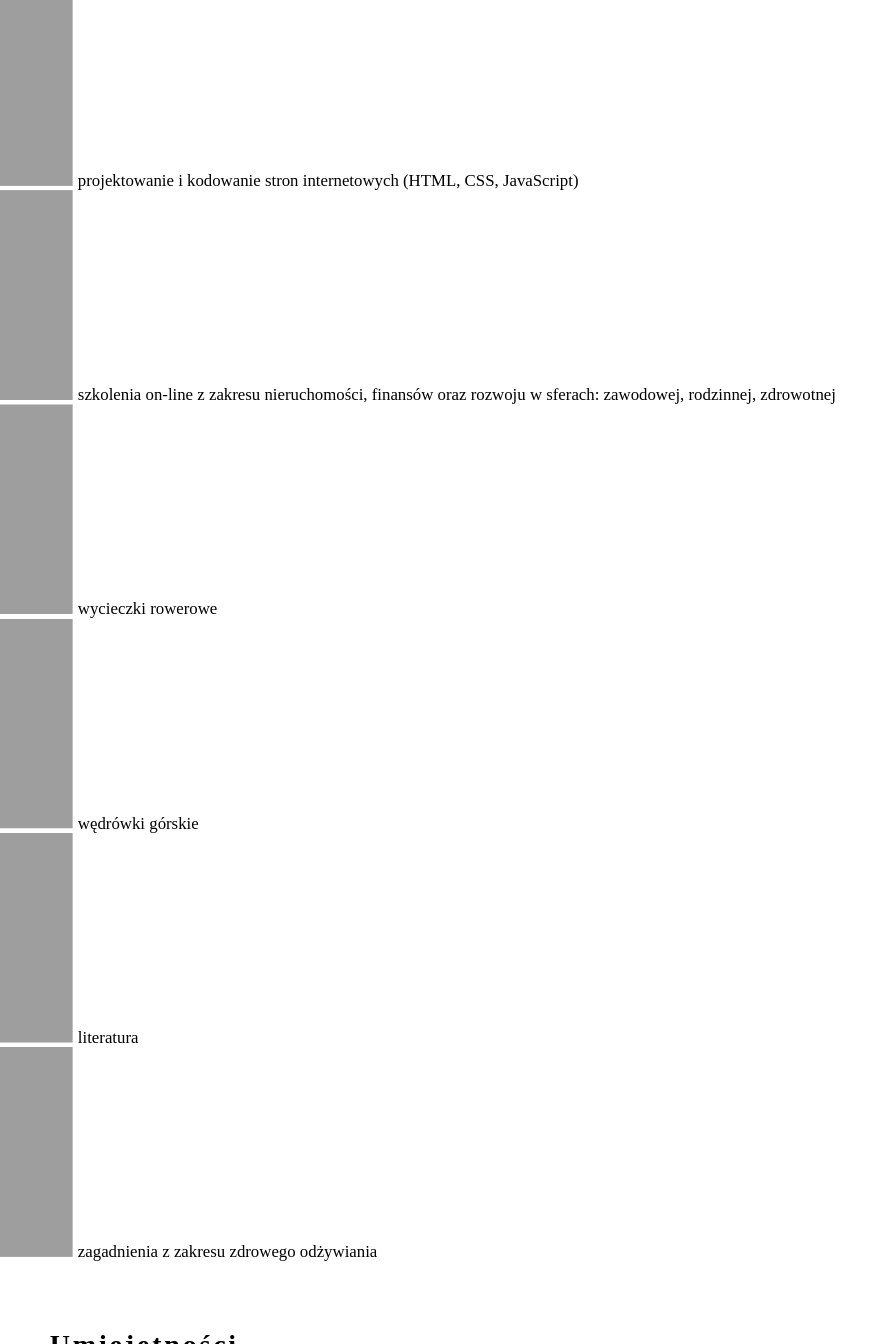
Repository: MagJaw/portfolio
Page: portfolio.html
The author's editor kept a copy of each file at every save. The page is drawn from the files as they stood at one save, then again after the next save.
The browser window is 1280 px wide. The pictures show the part of the page from y = 1361 to 3281 px (the page is 6946 px tall before and 6916 px after), at 70% of full size.
A picture or video elsewhere on the page could not be fetched, so the positions and the page height are approximate.

Above is the page before, as saved 2018-11-21 05:39:55.

### portfolio.html
<!DOCTYPE html>
<html lang="pl">
<head>
    <meta charset="UTF-8">
    <meta name="viewport" content="width=device-width, initial-scale=1.0">
    <meta http-equiv="X-UA-Compatible" content="ie=edge">
    <meta name="author" content="Magdalena Skopczyńska"/>
    <meta name="description" content="Portfolio - o mnie, zainteresowania, umiejętności, projekty">
    <link rel="stylesheet" href="main.css">
    <title>Portfolio</title>
</head>
<body>
    <div class="wrapper">
        <div id="section1"></div>
        <nav role="navigation" class="menu__container">
            <ul class="menu">
                <li class="menu__section">
                    <a href="#section1">Home</a>
                </li>
                <li class="menu__section">
                    <a href="#section2">O mnie</a>
                </li>
                <li class="menu__section">
                    <a href="#section3">Zainteresowania</a>
                </li>
                <li class="menu__section">
                    <a href="#section4">Umiejętności</a>
                </li>
                <li class="menu__section">
                    <a href="#section5">Projekty</a>
                </li>
            </ul>
        </nav>
        <main class="main">
            <div class="motto__container">
                <blockquote class="motto"><b>The best view comes after the hardest climb</b></blockquote>
            </div>
            <div id="section2">
                <h1 class="header__section">O mnie</h1>
                <div class="section2__img">
                    <img src="portret.jpg" class="my__photo">
                </div>
                <p class="history"> Nazywam się Magdalena Skopczyńska. Jestem absolwentką Wydziału Przedsiębiorczości i Towaroznastwa na Akademii Morskiej w Gdyni (obecnie Uniwersytet Morski) na kierunku Zarządzanie i Marketing. Od kilkunastu lat pracuję w dziale handlowym jednej z trójmiejskich firm deweloperskich. W poszukiwaniu nowych wyzwań i pasji zainteresowałam się tematyką projektowania i kodowania stron internetowych. Obecnie zgłębiam tajniki programowania na kursie Junior Front-End Developer prowadzonym przez <a target="_blank" href="https://infoshareacademy.com/" class="link"><b>infoShare Academy</b>.</a></p>
            </div>
            <div id="section3">
                <h1 class="header__section">Zainteresowania</h1>
                <ul>
                    <li class="item">projektowanie i kodowanie stron internetowych (HTML, CSS, JavaScript)</li>
                    <li class="item">szkolenia on-line z zakresu nieruchomości, finansów oraz rozwoju w sferach: zawodowej, rodzinnej, zdrowotnej</li>
                    <li class="item">wycieczki rowerowe</li>
                    <li class="item">wędrówki górskie</li>
                    <li class="item">literatura</li>
                    <li class="item">zagadnienia z zakresu zdrowego odżywiania</li>
                </ul>
            </div>
            <div id="section4">
                <h1 class="header__section">Umiejętności</h1>
                <ul>
                    <li class="item">analityczne myślenie</li>
                    <li class="item">wysokie poczucie odpowiedzialności za powierzone zadania</li>
                    <li class="item">umiejętność pracy w zespole</li>
                    <li class="item">znajomość technik sprzedażowych</li>
                    <li class="item">bardzo dobra znajomość języka angielskiego</li>
                    <li class="item">znajomość narzędzi pakietu Office</li>
                    <li class="item">podstawowa znajomość HTML, CSS, JavaScript</li>
                </ul>
            </div>
            <div id="section5">
                <h1 class="header__section">Projekty</h1>
                <ul>
                    <li class="item">portfolio</li>
                    <li class="item">projekty stworzone w trakcie kursu Junior Front-End Developer <a target="_blank" href="https://github.com/MagJaw" class="link">(<b>GitHub</b>)</a></li>
                </ul>
            </div>
        </main>
        <footer class="footer">
            <p class="footer__text">Autor: Magdalena Skopczyńska</p>
            <p class="footer__text">email: magdaskopczynska@example.com</p>
            <a target="_blank" href="https://github.com/MagJaw" class="footer__icon">
                <img src="https://img.icons8.com/ios/30/000000/github-filled.png" alt="GitHub">
            </a>
            <p class="footer__text">
                <a target="_blank" href="https://icons8.com" class="link">Icon pack by Icons8</a>
            </p>
        </footer>
    </div>
</body>
</html>

### main.css
html {
    font-size: 16px;
    scroll-behavior: smooth;
  }

.wrapper {
    max-width: 90%;
    margin: 0 auto;
}

/*.main {
margin-top: auto;
}*/

#section1 {
padding: 1vw;
}

/*stylowanie paska menu*/

.menu__container {
    background:  #333;
    z-index: 1;
    top: 0;
    left: 0;
    right: 0;
    height: auto;
    position: fixed;
    }

.menu {
    list-style-type: none;
    display: flex;
    padding: 0;
    margin: 0;
}

.menu__section {
    flex: 1 1 0;
}

.menu__section a {
    text-decoration: none;
    text-align: center;
    color: #fff;
    display: block;
    padding: 1vw;
}

.menu__section a:hover {
background-color: #555;
}

.motto__container {
width: 100%;
height: 48vw;
background-image: url(tapeta.jpg);
background-size: cover;
background-color: #555;
opacity: 0.8;
display: table;
}

.motto {
font-size: 3.5em;
letter-spacing: 0.1em;
font-style: italic;
color: #fff;
text-align: center;
vertical-align: middle;
display: table-cell;
margin: 0;
animation: pojawienie 4s ease 1 normal;
/*animation: pojawienie 6s 1s linear 1 normal;*/
}

@keyframes pojawienie {

    0%
    {
        opacity: 0;
    }

    20%
    {
        opacity: 0.2;
    }
    40%
    {
        opacity: 0.4;
    }
    60%
    {
        opacity: 0.6;
    }
    80%
    {
        opacity: 0.8;
    }
    100%
    {
        opacity: 1;
    }

}


/*@keyframes pojawienie {

    0%
    {
        color: #fff;
    }

    20%
    {
        color: #666;
    }
    40%
    {
        color: #333;
    }
    60%
    {
        color: #000;
    }
    80%
    {
        color #333;
    }
    100%
    {
        color #666;
    }

}
*/

/*#quote:hover {
cursor: pointer;
transform: rotate(360deg);
transition: all 2s linear;
}*/


li, .history {
font-size: 1.5em;
}


ul {
list-style-type: none;
}

.item {
list-style-image: url("https://img.icons8.com/color/25/000000/checkmark.png");
}

.header__section {
font-size: 2.5em;
letter-spacing: 0.1em;
border-bottom: 1px solid #555;
margin-top: 1em;
margin-bottom: 1em;
}

.section2__img {
float: left;
padding-right: 15px;
}

.my__photo {
max-width: 100%;
height: auto;
}

.history {
margin: 0;
/*text-indent: 30px;*/
text-align: justify;
}

.link {
text-decoration: none;
}

.link:hover {
text-decoration: underline;
}

.footer {
bottom: 0;
display: flex;
width: 100%;
border-top: 1px solid #555;
}

.footer p {
font-style: italic;
display: block;
text-align: center;
width:100%;
}

.footer__icon {
display: block;
text-align: center;
padding-top: 1vw;
}

#section5 {
padding-bottom: 25vw;
}

@media screen and (max-width: 767px){

.motto {
font-size: 1.8em;
}

.history, p, li, .footer p {
font-size: 0.7em;
}

#section2,
#section3,
#section4,
#section5 {
padding-top: 20px;
}

.header__section {
font-size: 1.6em;
}

.section2__img {
    float: none;
    padding-right: 0;
    display: block;
    margin: 0 auto;
    text-align: center;
    }

.history {
padding-top: 2%;
}

.footer p {
font-size: 0.6em;
}

.item {
list-style-image: url("https://img.icons8.com/color/15/000000/checkmark.png");
}
}

@media screen and (min-width: 768px){

#section2 {
padding-bottom: 12vw;
}

#section2,
#section3,
#section4,
#section5 {
padding-top: 40px;
}

@media screen and (min-width: 1440px){
    .motto {
    font-size: 4.5em;
    }

    .history, p, li {
    font-size: 2.5em;
    }

    .footer p {
    font-size: 2em;
    }

}

After the next save:
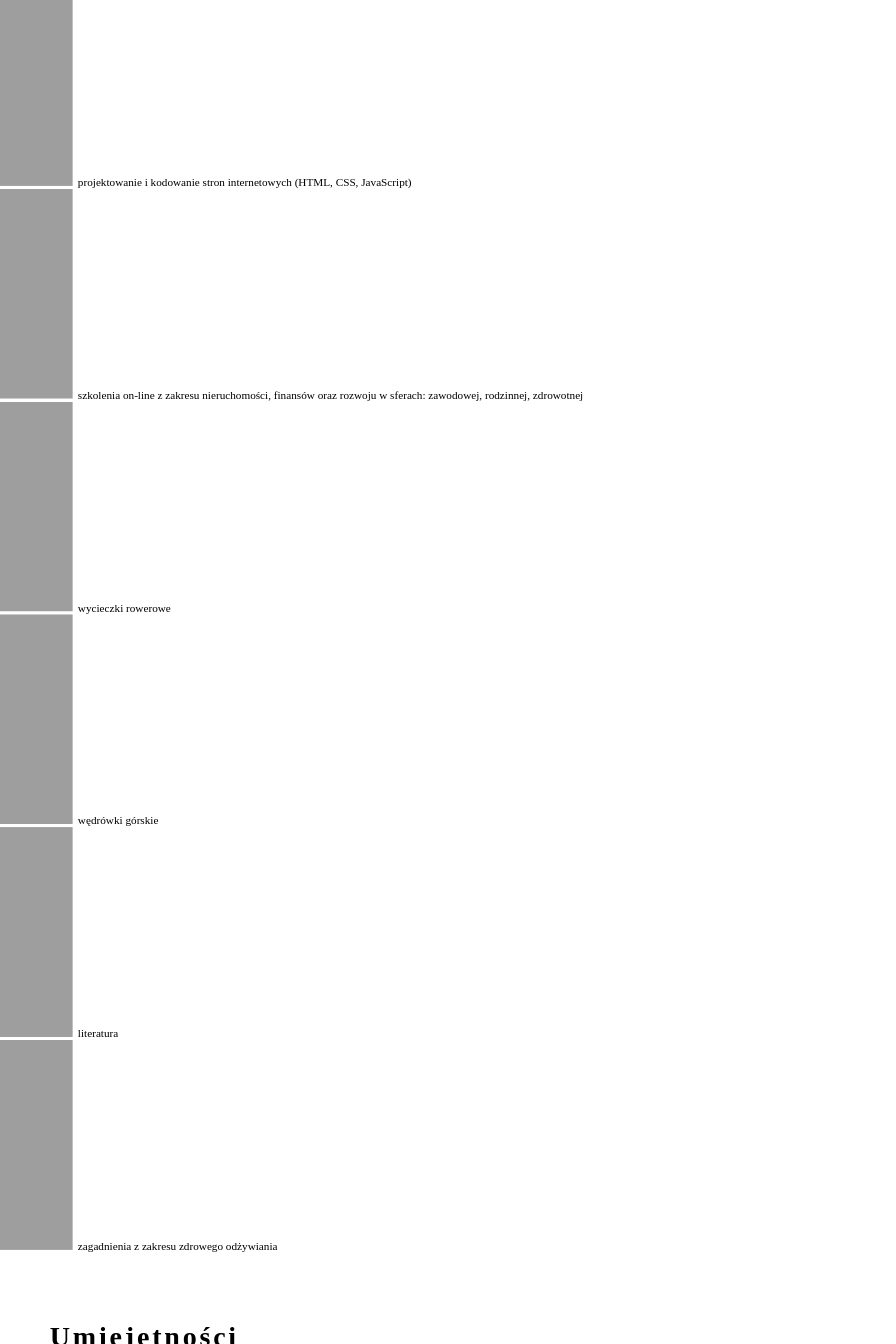
Saved 11 min 23 s later.
--- a/main.css
+++ b/main.css
@@ -7,10 +7,6 @@ html {
     max-width: 90%;
     margin: 0 auto;
 }
-
-/*.main {
-margin-top: auto;
-}*/
 
 #section1 {
 padding: 1vw;
@@ -36,6 +32,7 @@ padding: 1vw;
 }
 
 .menu__section {
+    font-size: 1.5em;
     flex: 1 1 0;
 }
 
@@ -142,15 +139,10 @@ transform: rotate(360deg);
 transition: all 2s linear;
 }*/
 
-
-li, .history {
-font-size: 1.5em;
-}
-
-
+/*
 ul {
 list-style-type: none;
-}
+}*/
 
 .item {
 list-style-image: url("https://img.icons8.com/color/25/000000/checkmark.png");
@@ -175,6 +167,7 @@ height: auto;
 }
 
 .history {
+    font-size: 1.5em;
 margin: 0;
 /*text-indent: 30px;*/
 text-align: justify;
